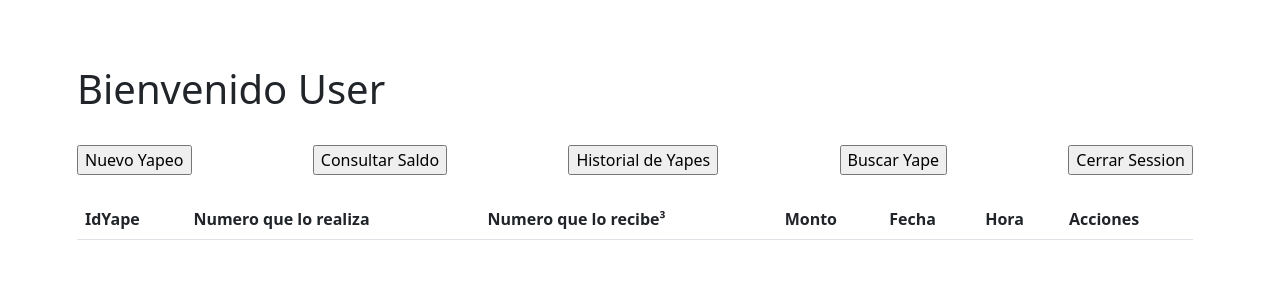
Repository: Gimblet/LP1_Proyecto_Yape
Page: http://localhost/Yape/clientDashboard.jsp
An editor plug-in stored every save of this project. The page is shown before and after the next save, followed by the edit.
The browser window is 1280 px wide. The pictures show the whole page.
The page is served by Tomcat 9. The template is opened directly, without the code that normally fills it, so the values that code supplies are empty.

Above is the page before, as saved 2024-04-18 15:27:25.

After the next save:
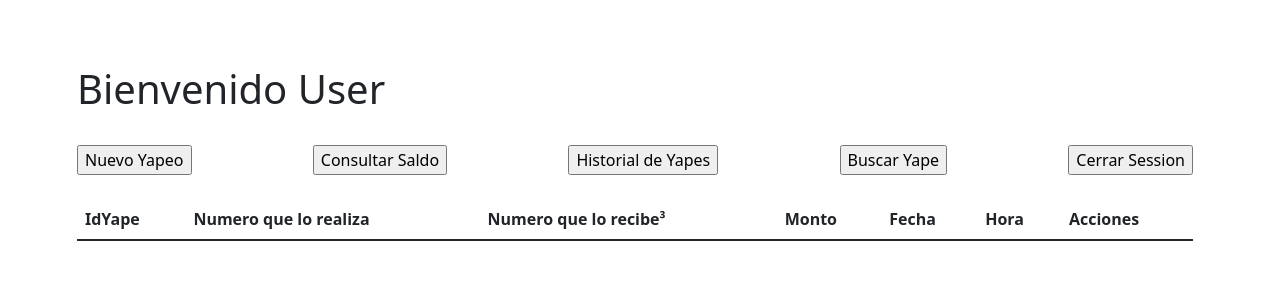
Saved 35 s later.
--- a/Yape/src/main/webapp/clientDashboard.jsp
+++ b/Yape/src/main/webapp/clientDashboard.jsp
@@ -55,7 +55,7 @@
                         </tr>
                     </thead>
                     <tbody>
-
+						<tr></tr>
                     </tbody>
                 </table>
             </div>
